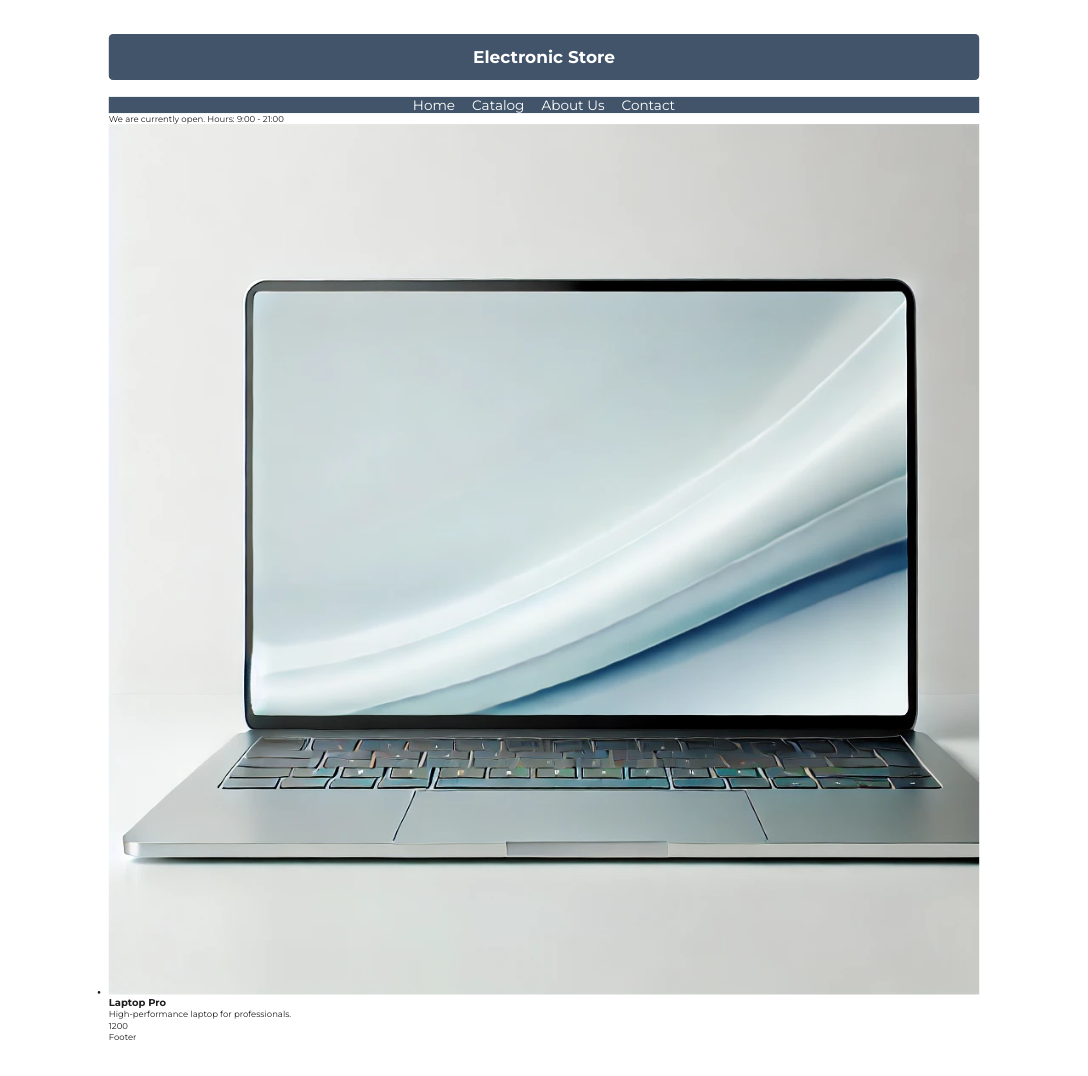
Repository: Lithium87/e-Strore
Page: /
An editor plug-in stored every save of this project. The page is shown before and after the next save, followed by the edit.
The browser window is 1280 px wide. The pictures show the whole page, at 85% of full size.
The project was rebuilt for these pictures with package versions that can differ from the ones it lists, and the page was loaded fresh each time. Also part of the build but not shown: vite.config.js.

Above is the page before, as saved 2025-07-05 16:22:46.

After the next save:
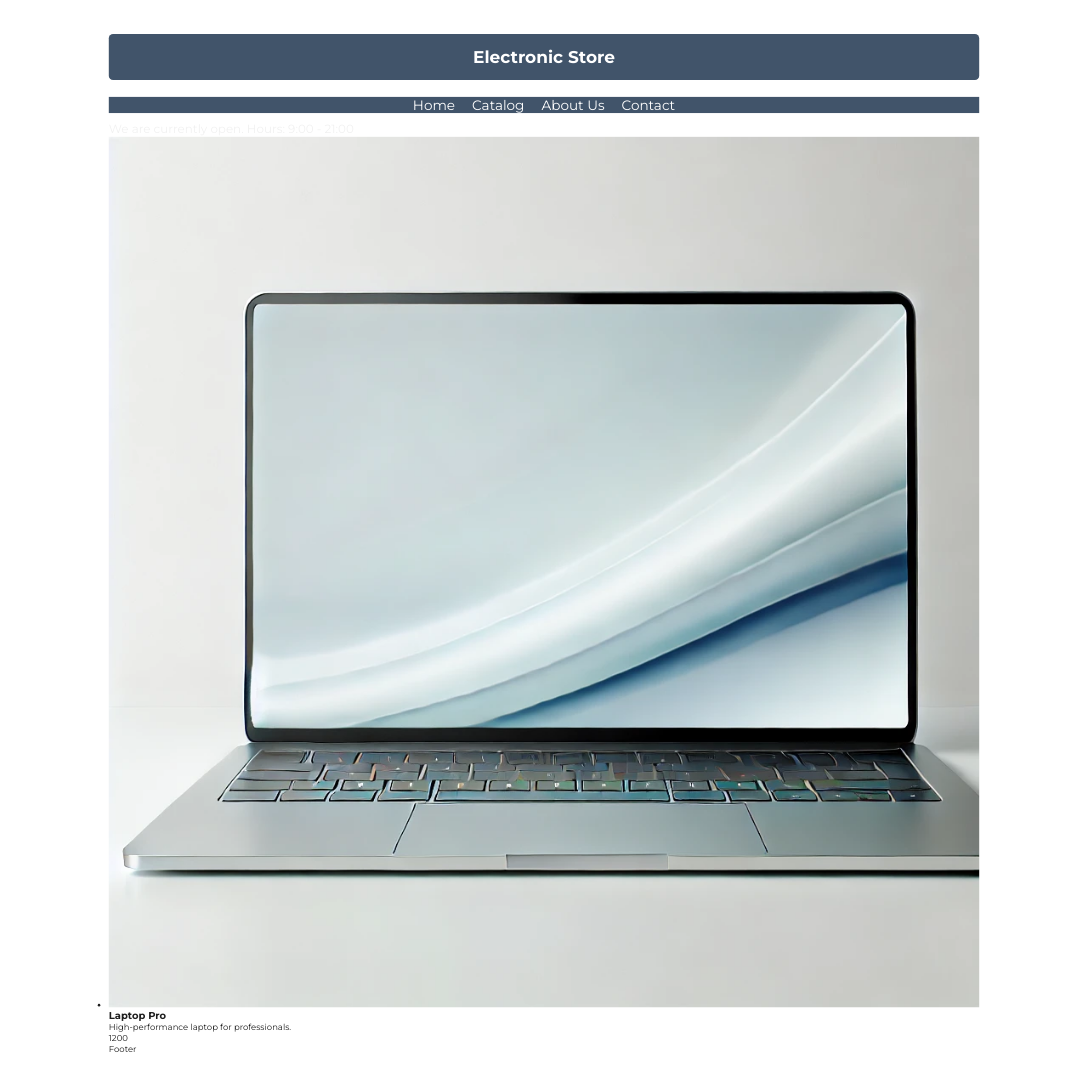
Saved 56 s later.
--- a/src/App.jsx
+++ b/src/App.jsx
@@ -81,7 +81,7 @@ const Header = () => {
           </li>
         </ul>
       </nav>
-      <div>
+      <div className="working-hours">
         {isOpen
           ? <p>
               We are currently open. Hours: {openHours}:00 - {closeHours}:00
